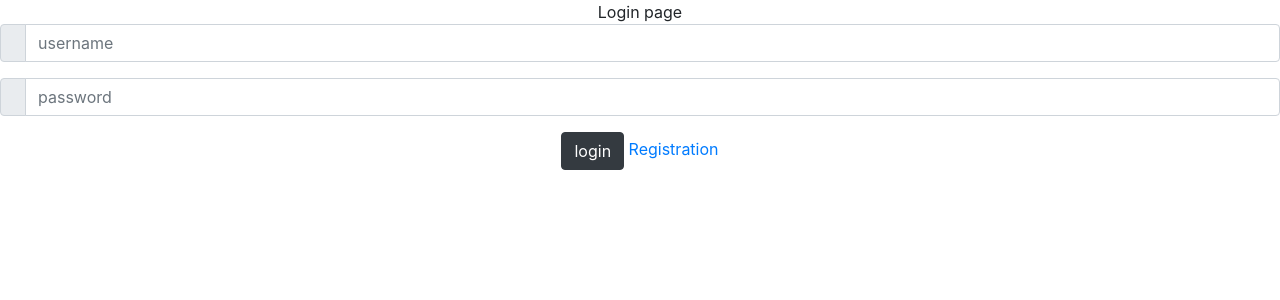
Repository: vishnushelke/LoginPage
Page: http://localhost/MyLoginPage/Login.jsp
An editor plug-in stored every save of this project. The page is shown before and after the next save, followed by the edit.
The browser window is 1280 px wide. The pictures show the whole page.
The page is served by Tomcat 9.

Above is the page before, as saved 2019-10-10 06:21:08.

After the next save:
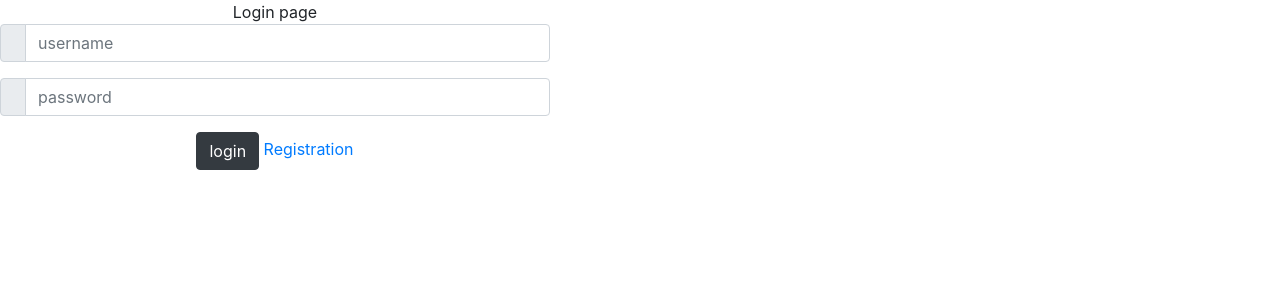
Saved 82 s later.
--- a/MyLoginPage/WebContent/Login.jsp
+++ b/MyLoginPage/WebContent/Login.jsp
@@ -17,6 +17,7 @@ src="https://maxcdn.bootstrapcdn.com/bootstrap/4.3.1/js/bootstrap.min.js"></scri
 <body>
 <form action="login" method="post">
 <div style='text-align:center'>
+<fieldset style="width:550px">
 Login page<br>
 <div class="input-group mb-3">
   <div class="input-group-prepend">
